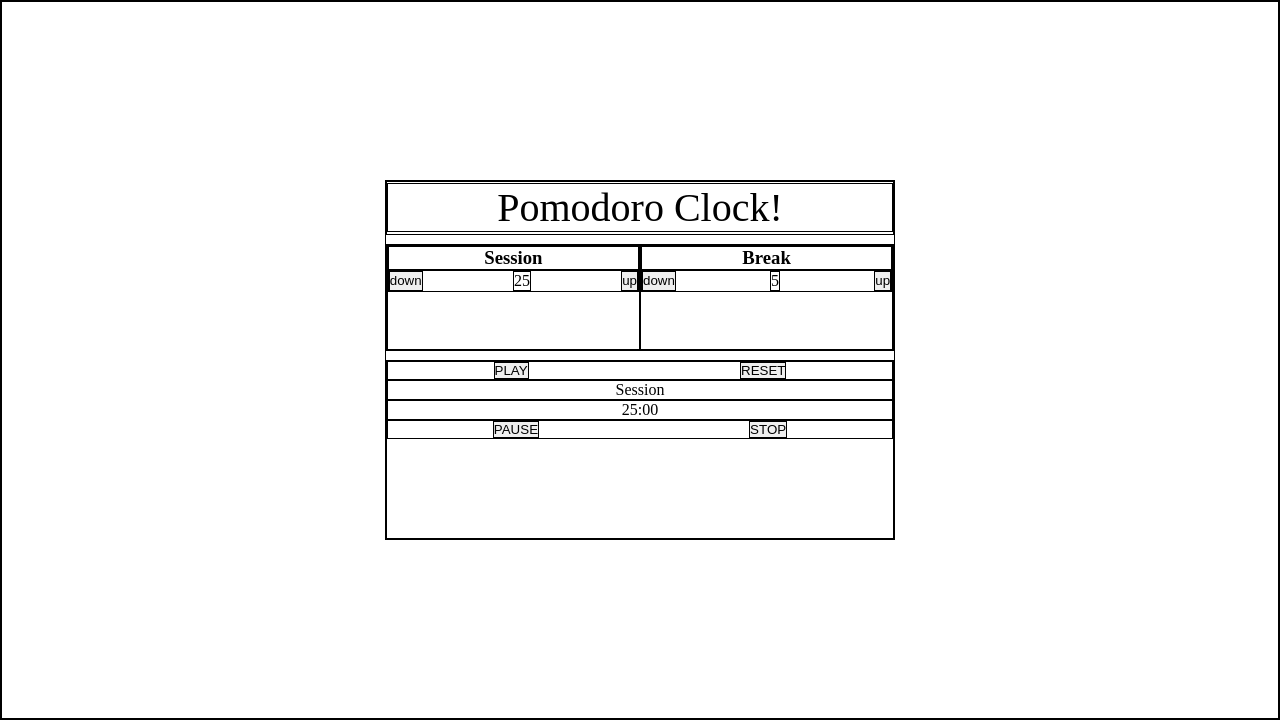
Repository: mcostigliola/pomodoroTimer
Page: index.html
An editor plug-in stored every save of this project. The page is shown before and after the next save, followed by the edit.
The browser window is 1280 px wide. The pictures show the whole page.

Above is the page before, as saved 2020-06-05 19:48:42.

After the next save:
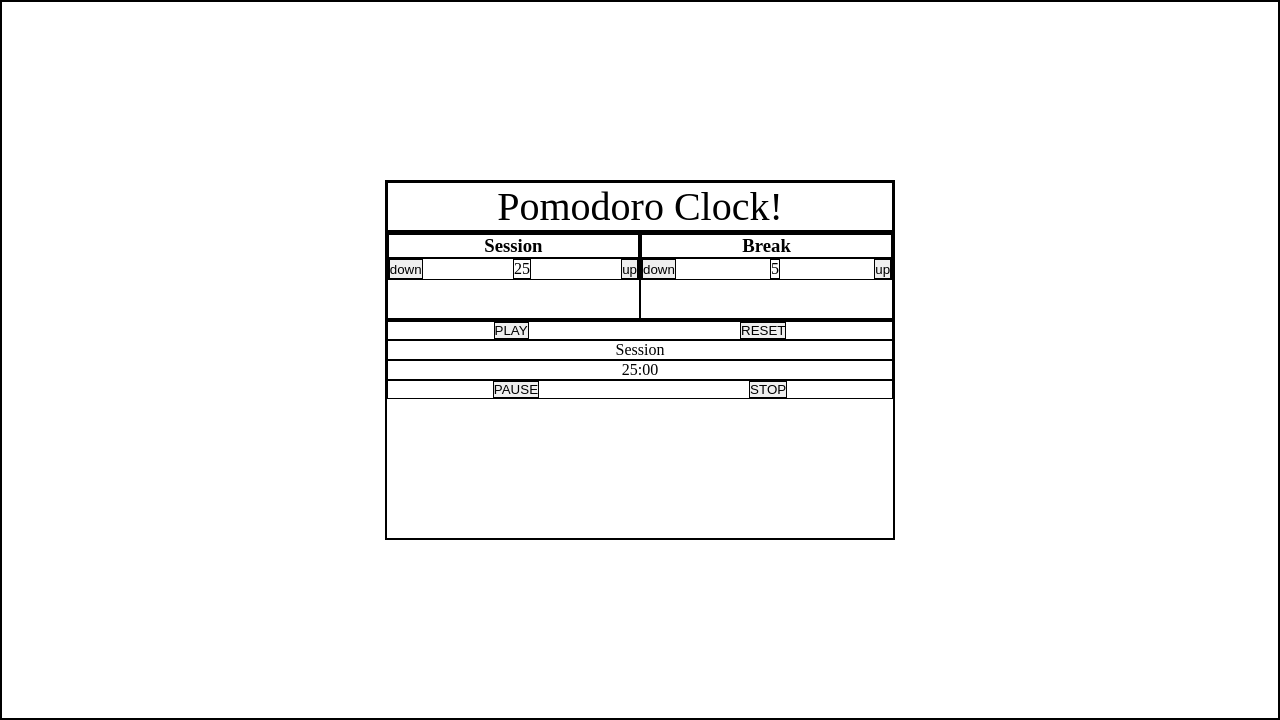
Saved 2 min 42 s later.
--- a/main.css
+++ b/main.css
@@ -30,7 +30,7 @@ body{
 }
 
 #timer-container{
-    height: 50%;
+    height: 75%;
 }
 
 #timer-container p{
